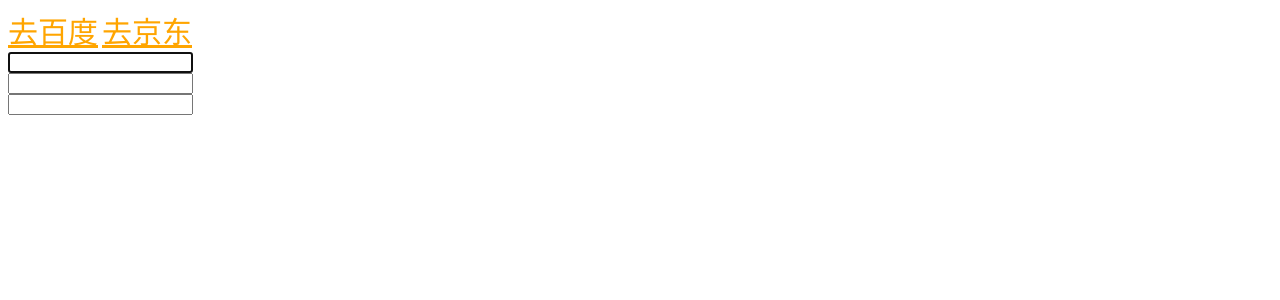
Repository: 123648923/html5-css3
Page: css/05 选择器/12 复合-08-动态伪类-选择器.html
These files come from the project's save history. The page is drawn as it stood at one moment and after the next save; the edit follows.
The browser window is 1280 px wide. The pictures show the whole page.
The first visible `input` has the focus.

Above is the page before, as saved 2023-11-03 13:21:10.

After the next save:
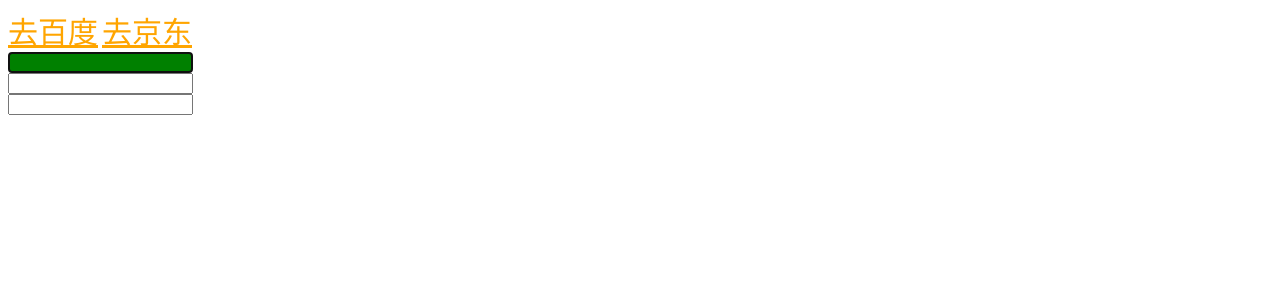
Saved 56 s later.
--- a/css/05 选择器/12 复合-08-动态伪类-选择器.html
+++ b/css/05 选择器/12 复合-08-动态伪类-选择器.html
@@ -24,6 +24,10 @@
         a:active{
             color: green;
         }
+        input:focus{
+             color: orange;
+             background-color: green;
+        }
     </style>
 </head>
 
